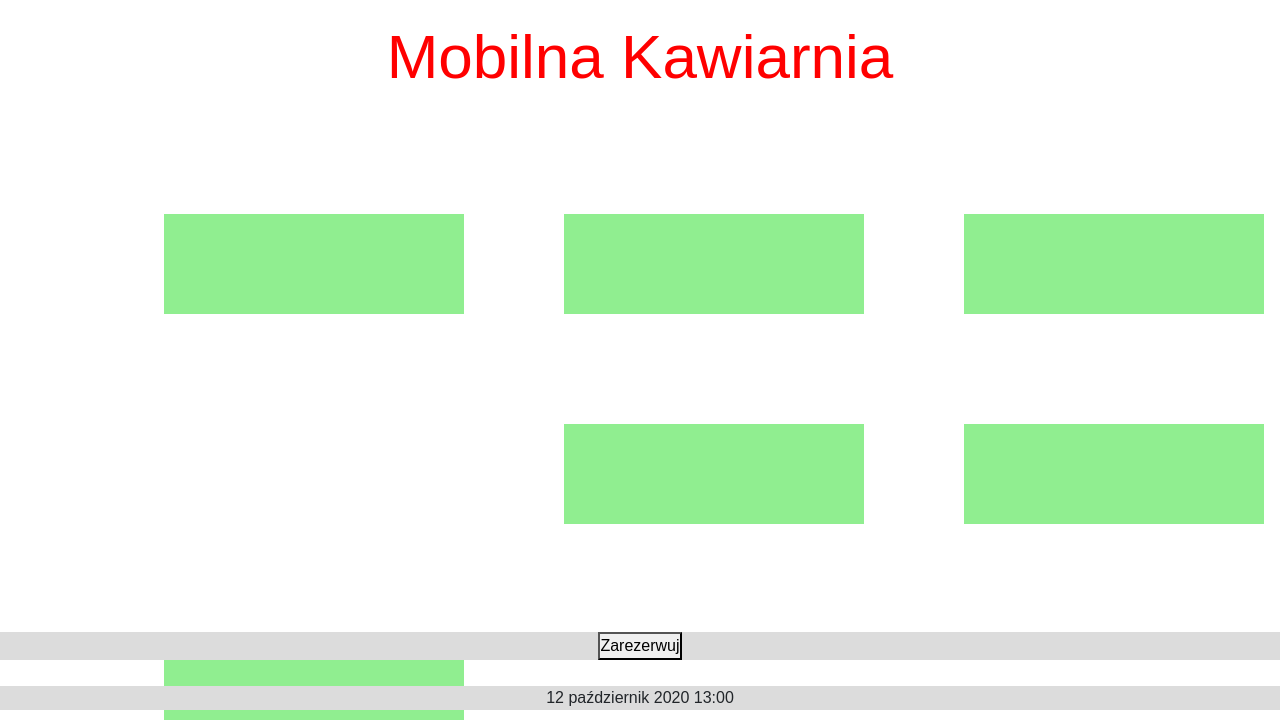
Repository: K009/MobilnaKawiarnia
Page: index.html
The author's editor kept a copy of each file at every save. The page is drawn from the files as they stood at one save, then again after the next save.
The browser window is 1280 px wide. The pictures show the whole page.

Above is the page before, as saved 2020-12-23 17:05:12.

After the next save:
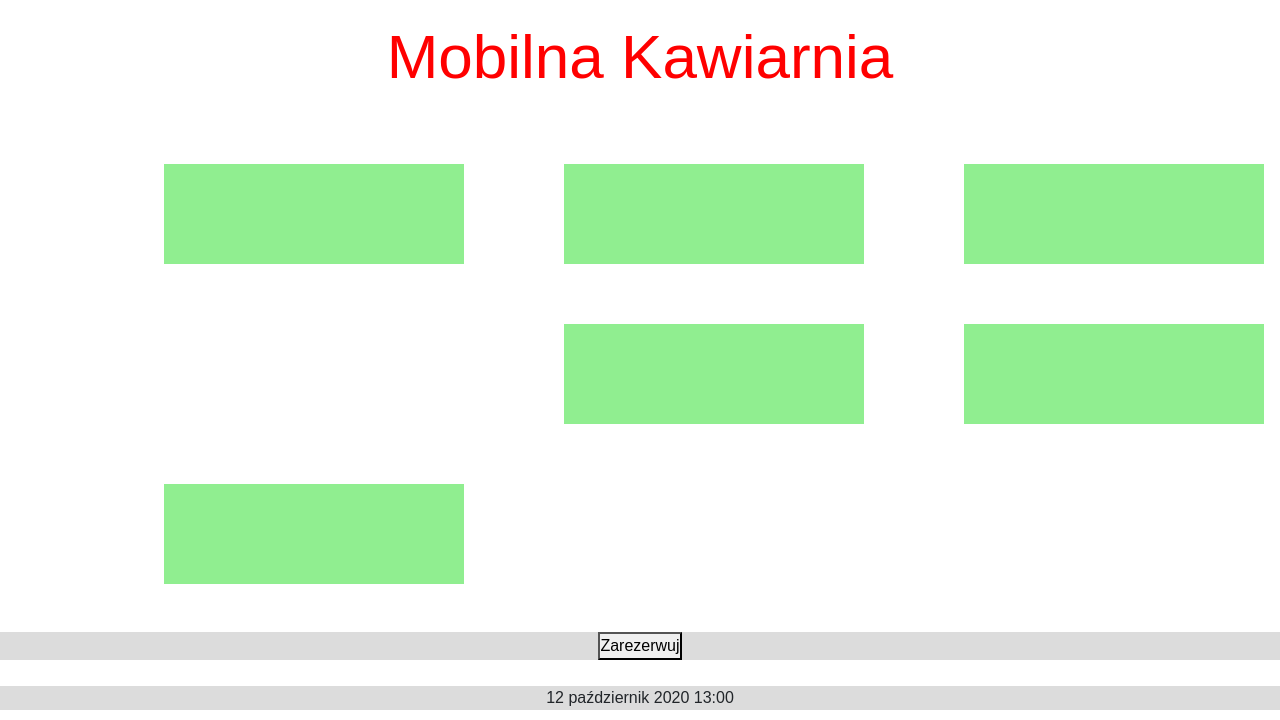
Saved 4 s later.
--- a/style.css
+++ b/style.css
@@ -27,7 +27,7 @@
   margin-left: 5%;
 }
 .tableUp {
-  margin: 100 0 0 100px;
+  margin: 50 0 0 100px;
   float: left;
 }
 .table {
